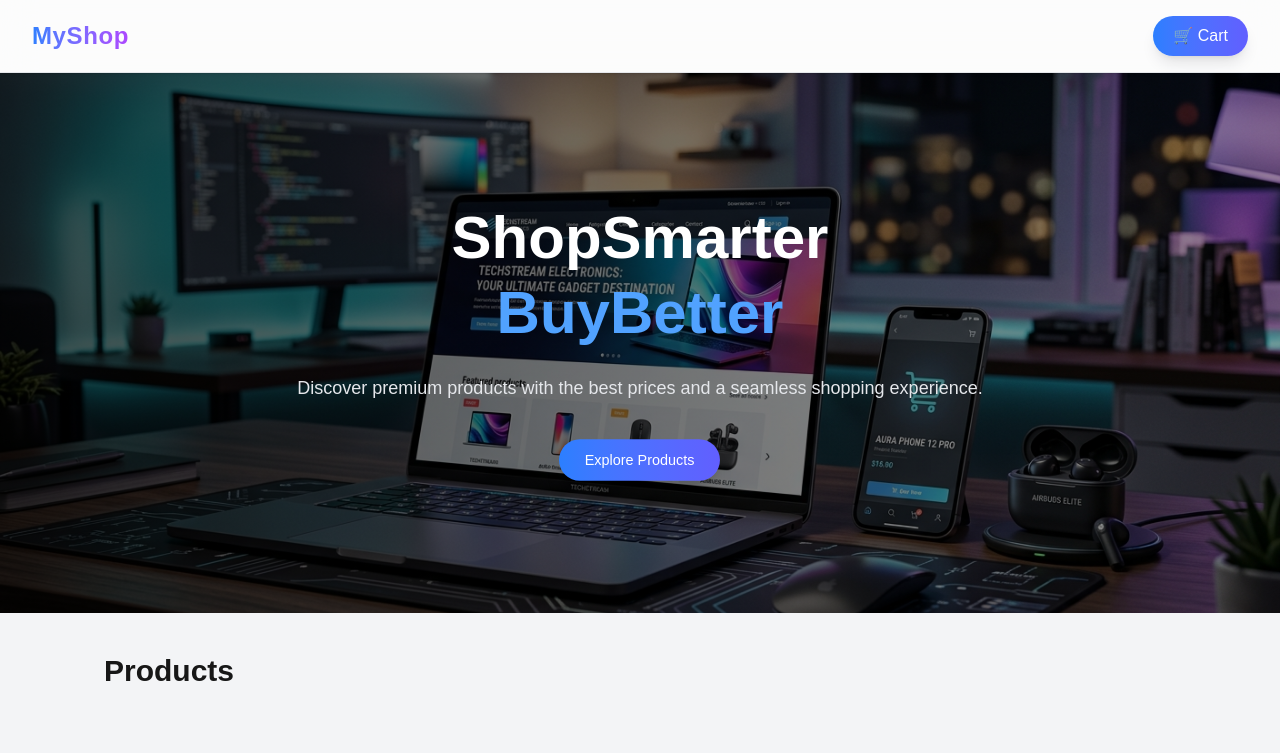
Repository: dipto230/nexist-task
Page: / (app in frontend/)
The author's editor kept a copy of each file at every save. The page is drawn from the files as they stood at one save, then again after the next save.
The browser window is 1280 px wide. The pictures show the whole page.
The page's requests for data from a server got no answer. The project was rebuilt for these pictures with package versions that can differ from the ones it lists, and the page was loaded fresh each time. The framework's server and built-in components were replaced by stand-ins that run in the browser. No one was signed in, and anything a server would have sent is missing. Also part of the build but not shown: frontend/next.config.ts.

Above is the page before, as saved 2026-04-30 03:49:26.

### frontend/src/app/layout.tsx
import type { Metadata } from "next";
import { Geist, Geist_Mono } from "next/font/google";
import "./globals.css";
import Providers from "./providers";

const geistSans = Geist({
  variable: "--font-geist-sans",
  subsets: ["latin"],
});

const geistMono = Geist_Mono({
  variable: "--font-geist-mono",
  subsets: ["latin"],
});

export const metadata: Metadata = {
  title: "Create Next App",
  description: "Generated by create next app",
};

export default function RootLayout({
  children,
}: Readonly<{
  children: React.ReactNode;
}>) {
  return (
    <html
      lang="en"
      className={`${geistSans.variable} ${geistMono.variable} h-full antialiased`}
    >
      <body className="min-h-full flex flex-col">
        <Providers>
          {children}
          </Providers>
      </body>
    </html>
  );
}

### frontend/src/app/page.tsx
import ProductList from "@/components/ProductList";
import Navbar from "@/components/Navbar";
import Hero from "@/components/Hero";

export default function Home() {
  return (
    <div className="min-h-screen bg-gray-100">
      <Navbar />
      <Hero/>

      <div className="p-10 max-w-6xl mx-auto">
        <ProductList />
      </div>
    </div>
  );
}

### frontend/src/app/providers.tsx
"use client";

import { Provider } from "react-redux";
import { store } from "@/redux/store";
import { Toaster } from "react-hot-toast";

export default function Providers({
  children,
}: {
  children: React.ReactNode;
}) {
  return (
    <Provider store={store}>
      {children}
      <Toaster
        position="top-center"
        toastOptions={{
          duration: 2000,
          style: {
            background: "#333",
            color: "#fff",
          },
        }}
      />
    </Provider>
  );
}

### frontend/src/components/ProductList.tsx
"use client";

import { useEffect, useState, useRef } from "react";
import { useDispatch, useSelector } from "react-redux";
import { addItem } from "@/redux/features/cartSlice";
import { RootState } from "@/redux/store";
import toast from "react-hot-toast";
import gsap from "gsap";

export default function ProductList() {
  const [products, setProducts] = useState<any[]>([]);
  const dispatch = useDispatch();
  const cartItems = useSelector((state: RootState) => state.cart.items);

  const containerRef = useRef<HTMLDivElement>(null);

  useEffect(() => {
    fetch("http://localhost:5000/api/products")
      .then((res) => res.json())
      .then((data) => setProducts(data.data));
  }, []);

  useEffect(() => {
    if (products.length > 0) {
      gsap.fromTo(
        ".card",
        { opacity: 0, y: 50, scale: 0.9 },
        {
          opacity: 1,
          y: 0,
          scale: 1,
          duration: 0.6,
          stagger: 0.1,
          ease: "power3.out",
        }
      );
    }
  }, [products]);

  return (
    <div className="w-full">
      <h2 className="text-3xl font-bold mb-6">Products</h2>

      <div
        ref={containerRef}
        className="grid grid-cols-1 sm:grid-cols-2 md:grid-cols-3 lg:grid-cols-4 gap-6"
      >
        {products.map((p) => {
          const exists = cartItems.find(
            (item) => item.productId === p.id
          );

          return (
            <div
              key={p.id}
              className="card bg-white p-5 rounded-2xl shadow-md hover:shadow-2xl transition transform hover:-translate-y-1"
            >

              <img
                src={p.image}
                alt={p.name}
                className="w-full h-40 object-cover rounded-lg mb-3"
              />

              <h4 className="text-lg font-semibold">{p.name}</h4>
              <p className="text-gray-500 mb-3">৳ {p.price}</p>

              <button
                className={`w-full py-2 rounded-lg text-white font-medium transition ${
                  exists
                    ? "bg-gray-400 cursor-not-allowed"
                    : "bg-blue-500 hover:bg-blue-600"
                }`}
                onClick={() => {
                  if (exists) {
                    toast.error("Already added ❌");
                    return;
                  }

                  dispatch(
                    addItem({
                      id: Date.now().toString(),
                      productId: p.id,
                      name: p.name,
                      price: p.price,
                      image: p.image,
                    })
                  );

                  toast.success("Added to cart ✅");
                }}
              >
                {exists ? "Added" : "Add to Cart"}
              </button>
            </div>
          );
        })}
      </div>
    </div>
  );
}

### frontend/src/components/Navbar.tsx
"use client";

import { useSelector } from "react-redux";
import { RootState } from "@/redux/store";
import { useRouter } from "next/navigation";
import { useEffect, useRef } from "react";
import gsap from "gsap";

export default function Navbar() {
  const cartItems = useSelector((state: RootState) => state.cart.items);
  const router = useRouter();
  const navRef = useRef<HTMLDivElement>(null);


  useEffect(() => {
    gsap.fromTo(
      navRef.current,
      { y: -80, opacity: 0 },
      { y: 0, opacity: 1, duration: 0.8, ease: "power3.out" }
    );
  }, []);

  return (
    <div
      ref={navRef}
      className="sticky top-0 z-50 backdrop-blur-lg bg-white/70 border-b border-gray-200 px-8 py-4 flex justify-between items-center shadow-sm"
    >

      <h1 className="text-2xl font-extrabold tracking-wide bg-gradient-to-r from-blue-500 to-purple-500 bg-clip-text text-transparent">
        MyShop
      </h1>


      <button
        onClick={() => router.push("/cart")}
        className="relative flex items-center gap-2 bg-gradient-to-r from-blue-500 to-indigo-500 text-white px-5 py-2 rounded-full shadow-lg hover:scale-105 active:scale-95 transition"
      >
        🛒 Cart


        {cartItems.length > 0 && (
          <span className="absolute -top-2 -right-2 bg-red-500 text-xs px-2 py-1 rounded-full shadow">
            {cartItems.length}
          </span>
        )}
      </button>
    </div>
  );
}

### frontend/src/components/Hero.tsx
"use client";

import { useEffect } from "react";
import gsap from "gsap";

export default function Hero() {
  useEffect(() => {
    const tl = gsap.timeline();


    gsap.fromTo(
      ".hero-img",
      { scale: 1.2 },
      { scale: 1, duration: 2, ease: "power2.out" }
    );


    tl.fromTo(
      ".hero-title span",
      { y: 80, opacity: 0 },
      {
        y: 0,
        opacity: 1,
        duration: 0.8,
        stagger: 0.05,
        ease: "power4.out",
      }
    )
      .fromTo(
        ".hero-sub",
        { y: 30, opacity: 0 },
        { y: 0, opacity: 1, duration: 0.6 },
        "-=0.4"
      )
      .fromTo(
        ".hero-btn",
        { scale: 0.7, opacity: 0 },
        { scale: 1, opacity: 1, duration: 0.5, ease: "back.out(1.7)" },
        "-=0.3"
      );


    gsap.to(".hero-btn", {
      scale: 1.05,
      repeat: -1,
      yoyo: true,
      duration: 1.2,
      ease: "power1.inOut",
    });
  }, []);

  return (
    <div className="relative h-[75vh] flex items-center justify-center text-center overflow-hidden">


      <img
        src="/hero.png"
        className="hero-img absolute inset-0 w-full h-full object-cover"
      />


      <div className="absolute inset-0 bg-gradient-to-r from-black/70 to-black/40"></div>

      {/* Content */}
      <div className="relative z-10 text-white px-6 max-w-3xl">


        <h1 className="hero-title text-5xl md:text-6xl font-extrabold mb-6 leading-tight">
          {"Shop Smarter".split("").map((char, i) => (
            <span key={i} className="inline-block">
              {char}
            </span>
          ))}
          <br />
          <span className="text-blue-400">
            {"Buy Better".split("").map((char, i) => (
              <span key={i} className="inline-block">
                {char}
              </span>
            ))}
          </span>
        </h1>

        <p className="hero-sub text-lg mb-8 text-gray-200">
          Discover premium products with the best prices and a seamless shopping experience.
        </p>

        <button
          onClick={() =>
            window.scrollTo({ top: 700, behavior: "smooth" })
          }
          className="hero-btn bg-gradient-to-r from-blue-500 to-indigo-500 px-8 py-3 rounded-full text-lg shadow-xl hover:scale-110 transition"
        >
          Explore Products
        </button>
      </div>
    </div>
  );
}

### frontend/src/redux/store.ts
import { configureStore } from "@reduxjs/toolkit";
import cartReducer from "./features/cartSlice";

export const store = configureStore({
  reducer: {
    cart: cartReducer,
  },
});

export type RootState = ReturnType<typeof store.getState>;
export type AppDispatch = typeof store.dispatch;

### frontend/src/redux/features/cartSlice.ts
import { createSlice, PayloadAction } from "@reduxjs/toolkit";

export interface CartItem {
  id: string;
  productId: string;
  name: string;
  price: number;
  image?: string;
}

interface CartState {
  items: CartItem[];
}


const loadCart = (): CartItem[] => {
  if (typeof window === "undefined") return [];
  try {
    const data = localStorage.getItem("cart");
    return data ? JSON.parse(data) : [];
  } catch {
    return [];
  }
};

const initialState: CartState = {
  items: loadCart(),
};

const cartSlice = createSlice({
  name: "cart",
  initialState,
  reducers: {
    addItem(state, action: PayloadAction<CartItem>) {
      const exists = state.items.find(
        (item) => item.productId === action.payload.productId
      );

      if (!exists) {
        state.items.push(action.payload);
        localStorage.setItem("cart", JSON.stringify(state.items));
      }
    },

    removeItem(state, action: PayloadAction<string>) {
      state.items = state.items.filter(
        (item) => item.id !== action.payload
      );
      localStorage.setItem("cart", JSON.stringify(state.items));
    },

    clearCart(state) {
      state.items = [];
      localStorage.removeItem("cart");
    },
  },
});

export const { addItem, removeItem, clearCart } = cartSlice.actions;
export default cartSlice.reducer;

Loaded but not shown: frontend/src/app/globals.css (common file)

After the next save:
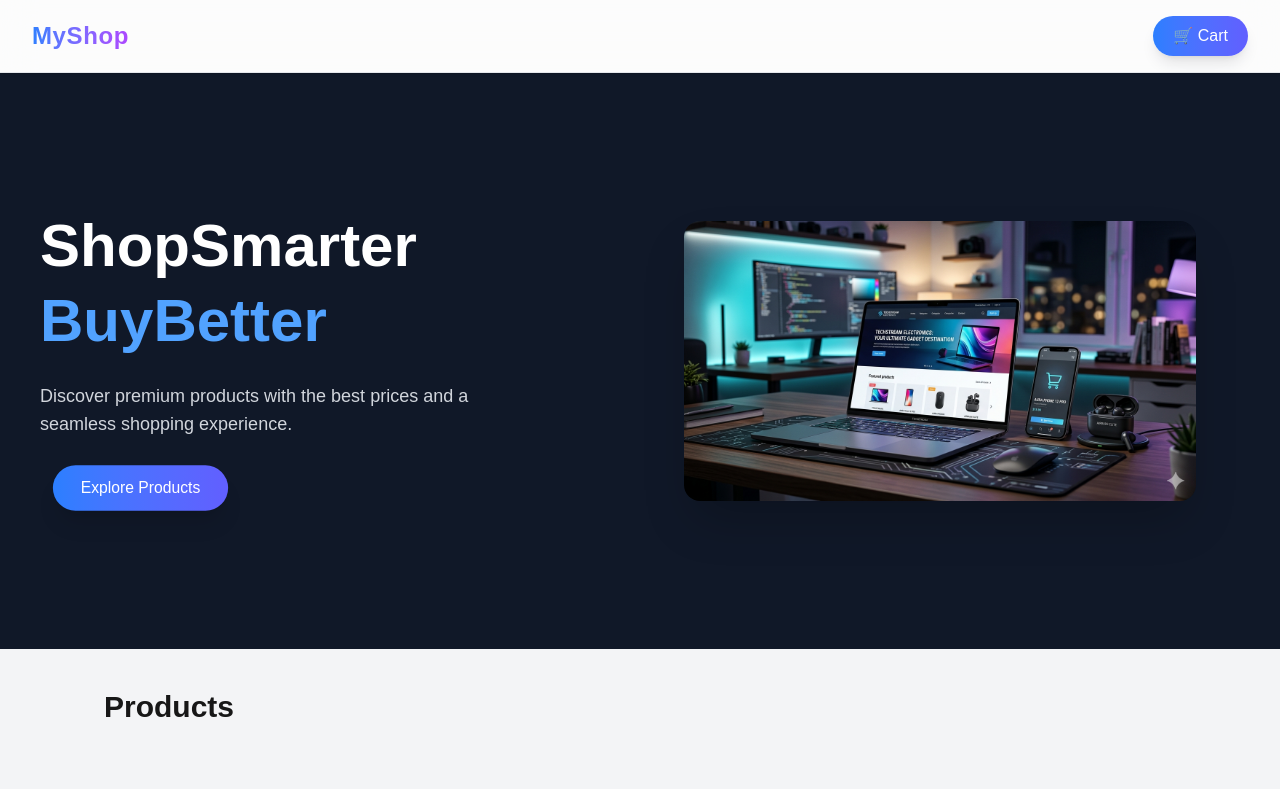
Saved 9 min 29 s later.
--- a/frontend/src/components/Hero.tsx
+++ b/frontend/src/components/Hero.tsx
@@ -7,39 +7,39 @@
   useEffect(() => {
     const tl = gsap.timeline();
 
-
+    // 🔥 Image animation (right side)
     gsap.fromTo(
       ".hero-img",
-      { scale: 1.2 },
-      { scale: 1, duration: 2, ease: "power2.out" }
+      { x: 100, opacity: 0, scale: 1.1 },
+      { x: 0, opacity: 1, scale: 1, duration: 1.2, ease: "power3.out" }
     );
 
-
+    // 🔥 Text animation (left side)
     tl.fromTo(
       ".hero-title span",
-      { y: 80, opacity: 0 },
+      { y: 60, opacity: 0 },
       {
         y: 0,
         opacity: 1,
-        duration: 0.8,
-        stagger: 0.05,
+        duration: 0.7,
+        stagger: 0.04,
         ease: "power4.out",
       }
     )
       .fromTo(
         ".hero-sub",
         { y: 30, opacity: 0 },
-        { y: 0, opacity: 1, duration: 0.6 },
-        "-=0.4"
+        { y: 0, opacity: 1, duration: 0.5 },
+        "-=0.3"
       )
       .fromTo(
         ".hero-btn",
-        { scale: 0.7, opacity: 0 },
-        { scale: 1, opacity: 1, duration: 0.5, ease: "back.out(1.7)" },
-        "-=0.3"
+        { scale: 0.8, opacity: 0 },
+        { scale: 1, opacity: 1, duration: 0.4, ease: "back.out(1.7)" },
+        "-=0.2"
       );
 
-
+    // 🔥 Button pulse
     gsap.to(".hero-btn", {
       scale: 1.05,
       repeat: -1,
@@ -50,22 +50,11 @@
   }, []);
 
   return (
-    <div className="relative h-[75vh] flex items-center justify-center text-center overflow-hidden">
+    <div className="min-h-[80vh] flex items-center bg-gray-900 text-white px-10">
 
-
-      <img
-        src="/hero.png"
-        className="hero-img absolute inset-0 w-full h-full object-cover"
-      />
-
-
-      <div className="absolute inset-0 bg-gradient-to-r from-black/70 to-black/40"></div>
-
-      {/* Content */}
-      <div className="relative z-10 text-white px-6 max-w-3xl">
-
-
-        <h1 className="hero-title text-5xl md:text-6xl font-extrabold mb-6 leading-tight">
+      {/* LEFT TEXT */}
+      <div className="w-1/2 space-y-6">
+        <h1 className="hero-title text-5xl md:text-6xl font-extrabold leading-tight">
           {"Shop Smarter".split("").map((char, i) => (
             <span key={i} className="inline-block">
               {char}
@@ -81,19 +70,28 @@
           </span>
         </h1>
 
-        <p className="hero-sub text-lg mb-8 text-gray-200">
+        <p className="hero-sub text-lg text-gray-300 max-w-md">
           Discover premium products with the best prices and a seamless shopping experience.
         </p>
 
         <button
           onClick={() =>
-            window.scrollTo({ top: 700, behavior: "smooth" })
+            window.scrollTo({ top: 800, behavior: "smooth" })
           }
           className="hero-btn bg-gradient-to-r from-blue-500 to-indigo-500 px-8 py-3 rounded-full text-lg shadow-xl hover:scale-110 transition"
         >
           Explore Products
         </button>
       </div>
+
+      {/* RIGHT IMAGE */}
+      <div className="w-1/2 flex justify-center">
+        <img
+          src="/hero.png"
+          alt="hero"
+          className="hero-img w-[90%] max-w-lg rounded-2xl shadow-2xl"
+        />
+      </div>
     </div>
   );
 }

After the save that followed:
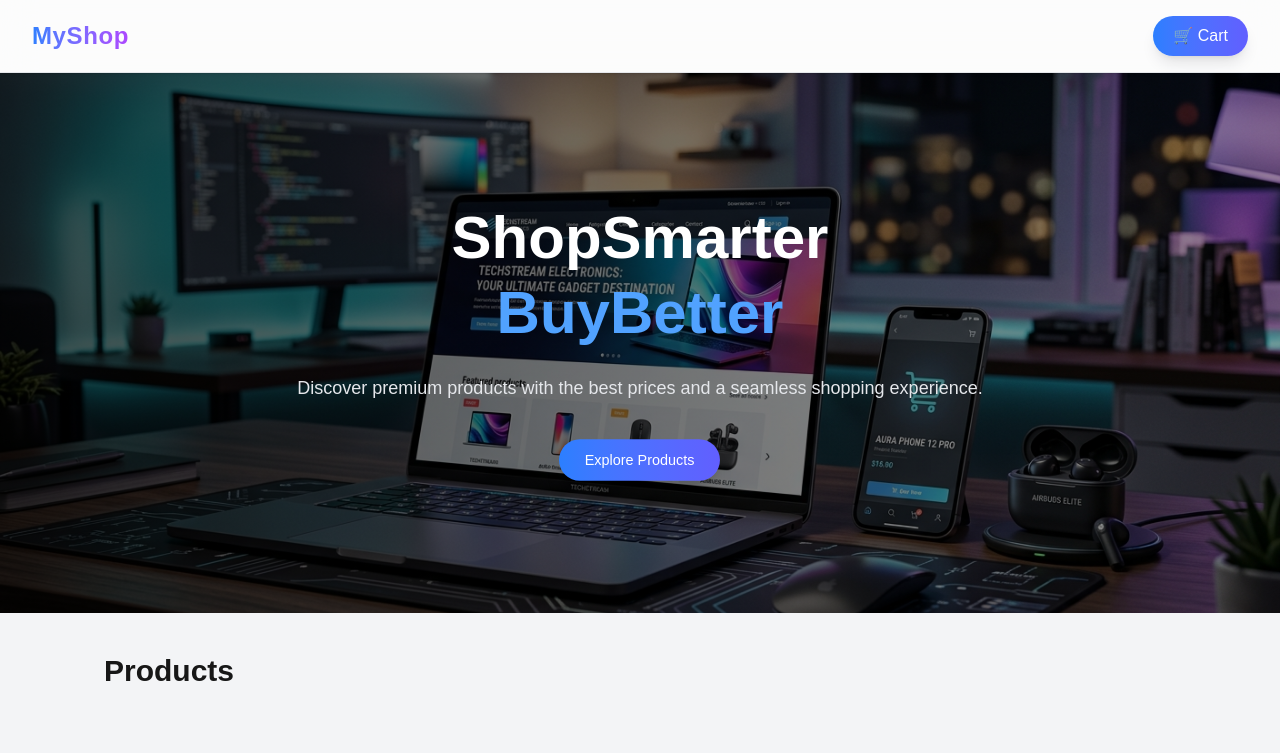
Saved 30 s later.
--- a/frontend/src/components/Hero.tsx
+++ b/frontend/src/components/Hero.tsx
@@ -7,39 +7,39 @@
   useEffect(() => {
     const tl = gsap.timeline();
 
-    // 🔥 Image animation (right side)
+
     gsap.fromTo(
       ".hero-img",
-      { x: 100, opacity: 0, scale: 1.1 },
-      { x: 0, opacity: 1, scale: 1, duration: 1.2, ease: "power3.out" }
+      { scale: 1.2 },
+      { scale: 1, duration: 2, ease: "power2.out" }
     );
 
-    // 🔥 Text animation (left side)
+
     tl.fromTo(
       ".hero-title span",
-      { y: 60, opacity: 0 },
+      { y: 80, opacity: 0 },
       {
         y: 0,
         opacity: 1,
-        duration: 0.7,
-        stagger: 0.04,
+        duration: 0.8,
+        stagger: 0.05,
         ease: "power4.out",
       }
     )
       .fromTo(
         ".hero-sub",
         { y: 30, opacity: 0 },
-        { y: 0, opacity: 1, duration: 0.5 },
-        "-=0.3"
+        { y: 0, opacity: 1, duration: 0.6 },
+        "-=0.4"
       )
       .fromTo(
         ".hero-btn",
-        { scale: 0.8, opacity: 0 },
-        { scale: 1, opacity: 1, duration: 0.4, ease: "back.out(1.7)" },
-        "-=0.2"
+        { scale: 0.7, opacity: 0 },
+        { scale: 1, opacity: 1, duration: 0.5, ease: "back.out(1.7)" },
+        "-=0.3"
       );
 
-    // 🔥 Button pulse
+
     gsap.to(".hero-btn", {
       scale: 1.05,
       repeat: -1,
@@ -50,11 +50,22 @@
   }, []);
 
   return (
-    <div className="min-h-[80vh] flex items-center bg-gray-900 text-white px-10">
+    <div className="relative h-[75vh] flex items-center justify-center text-center overflow-hidden">
 
-      {/* LEFT TEXT */}
-      <div className="w-1/2 space-y-6">
-        <h1 className="hero-title text-5xl md:text-6xl font-extrabold leading-tight">
+
+      <img
+        src="/hero.png"
+        className="hero-img absolute inset-0 w-full h-full object-cover"
+      />
+
+
+      <div className="absolute inset-0 bg-gradient-to-r from-black/70 to-black/40"></div>
+
+      {/* Content */}
+      <div className="relative z-10 text-white px-6 max-w-3xl">
+
+
+        <h1 className="hero-title text-5xl md:text-6xl font-extrabold mb-6 leading-tight">
           {"Shop Smarter".split("").map((char, i) => (
             <span key={i} className="inline-block">
               {char}
@@ -70,28 +81,19 @@
           </span>
         </h1>
 
-        <p className="hero-sub text-lg text-gray-300 max-w-md">
+        <p className="hero-sub text-lg mb-8 text-gray-200">
           Discover premium products with the best prices and a seamless shopping experience.
         </p>
 
         <button
           onClick={() =>
-            window.scrollTo({ top: 800, behavior: "smooth" })
+            window.scrollTo({ top: 700, behavior: "smooth" })
           }
           className="hero-btn bg-gradient-to-r from-blue-500 to-indigo-500 px-8 py-3 rounded-full text-lg shadow-xl hover:scale-110 transition"
         >
           Explore Products
         </button>
       </div>
-
-      {/* RIGHT IMAGE */}
-      <div className="w-1/2 flex justify-center">
-        <img
-          src="/hero.png"
-          alt="hero"
-          className="hero-img w-[90%] max-w-lg rounded-2xl shadow-2xl"
-        />
-      </div>
     </div>
   );
 }
